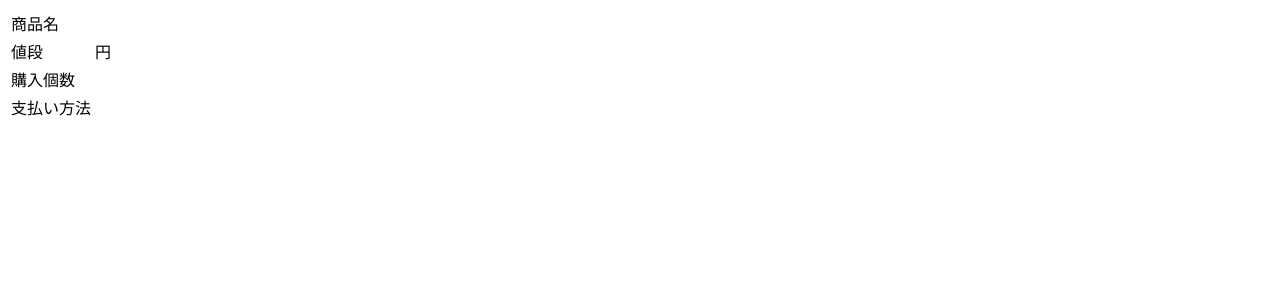
Repository: yuuukihara/test2
Page: http://localhost/myecsite2/buyItemConfirm.jsp
The author's editor kept a copy of each file at every save. The page is drawn from the files as they stood at one save, then again after the next save.
The browser window is 1280 px wide. The pictures show the whole page.
The page is served by Tomcat 9. Other server files are loaded and not shown.

Above is the page before, as saved 2018-09-14 07:01:17.

### myecsite2/WebContent/buyItemConfirm.jsp
<%@ page language="java" contentType="text/html; charset=UTF-8"
    pageEncoding="UTF-8"%>
<%@ taglib prefix="s" uri="/struts-tags" %>
<!DOCTYPE html PUBLIC "-//W3C//DTD HTML 4.01 Transitional//EN" "http://www.w3.org/TR/html4/loose.dtd">
<html>
<head>
	<meta http-equiv="Content-Type" content="text/html; charset=UTF-8">
	<title>Insert title here</title>
</head>

<body>

<s:form>

	<tr>
		<td>商品名</td>
		<td><s:property value="session.buyItem_name"/></td>
	</tr>

	<tr>
		<td>値段</td>
		<td><s:property value="session.total_price"/>円</td>
	</tr>

	<tr>
		<td>購入個数</td>
		<td><s:property value="session.count"/></td>
	</tr>

	<tr>
		<td>支払い方法</td>
		<td><s:property value="session.pay"/></td>
	</tr>

</s:form>

</body>
</html>

After the next save:
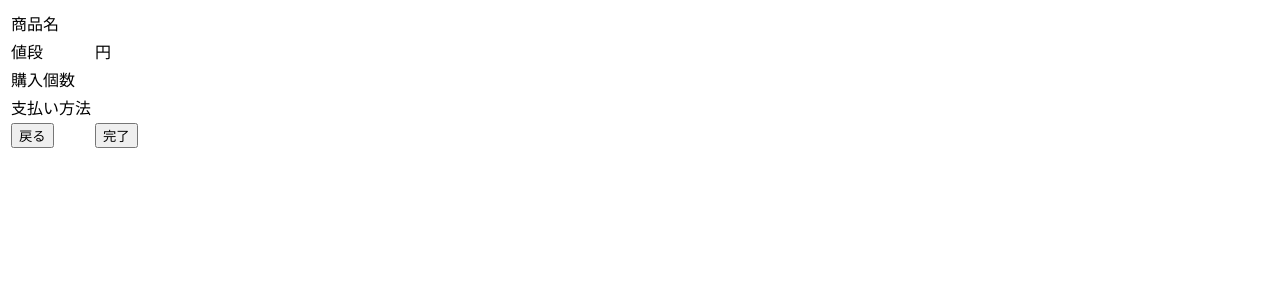
Saved 3 min 19 s later.
--- a/myecsite2/WebContent/buyItemConfirm.jsp
+++ b/myecsite2/WebContent/buyItemConfirm.jsp
@@ -32,6 +32,11 @@
 		<td><s:property value="session.pay"/></td>
 	</tr>
 
+	<tr>
+		<td><input type="button" value="戻る" onclick="submitAction('HomeAction')"/></td>
+		<td><input type="button" value="完了" onclick="submitAction('BuyItemConfirmAction')"/></td>
+	</tr>
+
 </s:form>
 
 </body>
